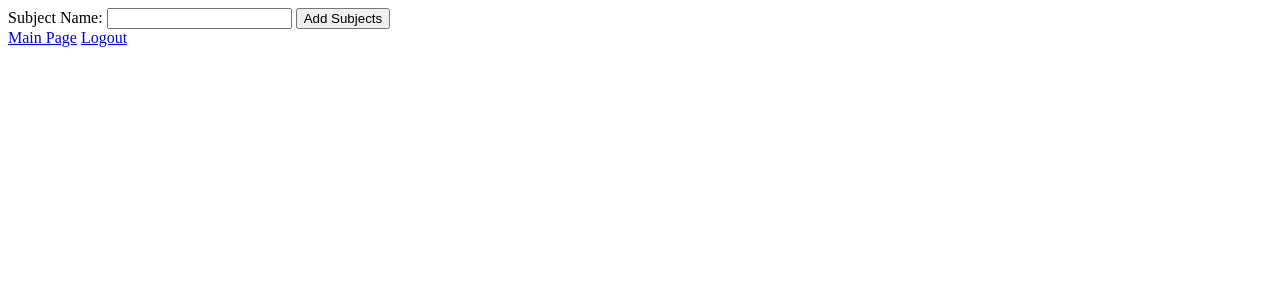
Repository: govardhan71/Learners-Academy-Project-Phase-2
Page: http://localhost/LearnersAcademyPhase-2/addsubject.jsp
An editor plug-in stored every save of this project. The page is shown before and after the next save, followed by the edit.
The browser window is 1280 px wide. The pictures show the whole page.
The page is served by Tomcat 9. Other server files are loaded and not shown.

Above is the page before, as saved 2021-06-02 11:47:49.

### LearnersAcademyPhase-2/WebContent/addsubject.jsp

<%@ page language="java" contentType="text/html; charset=ISO-8859-1"
    pageEncoding="ISO-8859-1"%>
<!DOCTYPE html PUBLIC "-//W3C//DTD HTML 4.01 Transitional//EN" "http://www.w3.org/TR/html4/loose.dtd">
<html>
<head>
<meta http-equiv="Content-Type" content="text/html; charset=ISO-8859-1">
<title>Add Subjects</title>
</head>
<body>
<form action=subjectsresult.jsp method=post>
 <tr><td>Subject Name:</td><td>

<input type="text" name="subject_name"></td></tr>

<input type="submit" value="Add Subjects">


</form>

<td><a href=learnersacademy.jsp>Main Page</a></td></tr>
<td><a href=logout.jsp>Logout</a></td></tr>
</body>
</html>

After the next save:
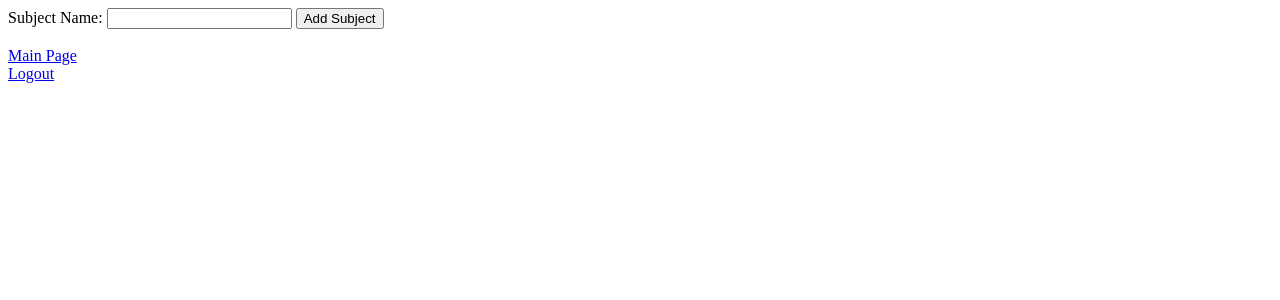
Saved 85 s later.
--- a/LearnersAcademyPhase-2/WebContent/addsubject.jsp
+++ b/LearnersAcademyPhase-2/WebContent/addsubject.jsp
@@ -13,12 +13,12 @@
 
 <input type="text" name="subject_name"></td></tr>
 
-<input type="submit" value="Add Subjects">
+<input type="submit" value="Add Subject">
 
 
 </form>
-
-<td><a href=learnersacademy.jsp>Main Page</a></td></tr>
+<br>
+<td><a href=learnersacademy.jsp>Main Page</a></td></tr><br>
 <td><a href=logout.jsp>Logout</a></td></tr>
 </body>
 </html>
